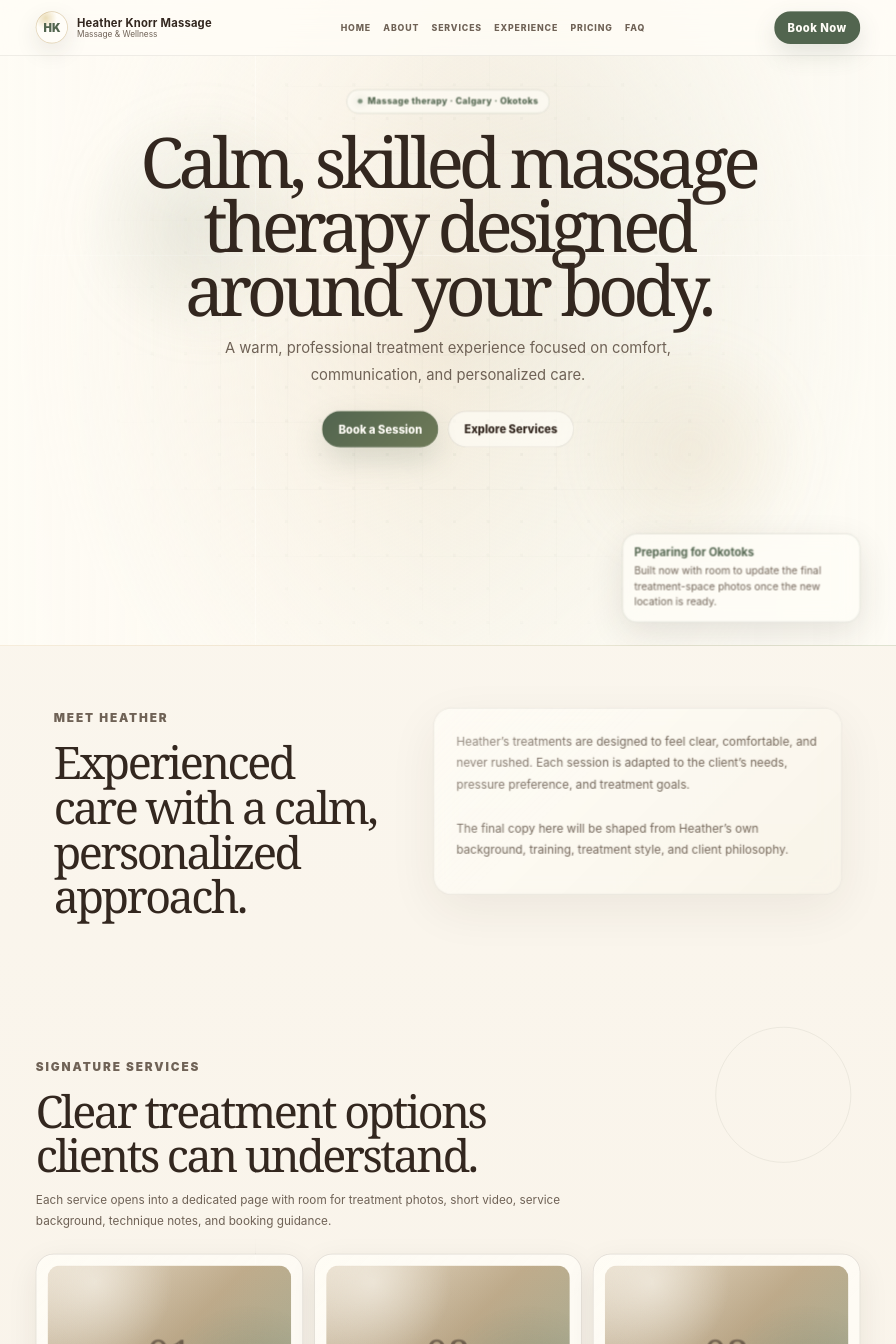
Repository: 300LBHACK3R/mckenzie-house-massage-site
Page: /
The author's editor kept a copy of each file at every save. The page is drawn from the files as they stood at one save, then again after the next save.
The browser window is 1280 px wide. The pictures show the part of the page from y = 0 to 1920 px (the page is 8800 px tall), at 70% of full size.
The project was rebuilt for these pictures with package versions that can differ from the ones it lists, and the page was loaded fresh each time. The framework's server and built-in components were replaced by stand-ins that run in the browser. Also part of the build but not shown: next.config.ts.

Above is the page before, as saved 2026-07-16 10:49:06.

### src/app/layout.tsx
import type { Metadata } from "next";
import "./globals.css";
import { siteConfig } from "@/lib/site";

export const metadata: Metadata = {
  title: `${siteConfig.businessName} | Massage Therapy in Okotoks`,
  description: siteConfig.description,
  metadataBase: new URL(siteConfig.domain),
  openGraph: {
    title: `${siteConfig.businessName} | Massage Therapy in Okotoks`,
    description: siteConfig.description,
    type: "website",
    locale: "en_CA",
  },
};

export default function RootLayout({
  children,
}: Readonly<{
  children: React.ReactNode;
}>) {
  return (
    <html lang="en-CA">
      <body>{children}</body>
    </html>
  );
}

### src/lib/site.ts
export const siteConfig = {
  businessName: "Heather Knorr Massage",
  legalName: "Heather Knorr",
  currentName: "McKenzie House Massage",
  description:
    "Calming, personalized massage therapy with clear communication, professional care, and convenient online booking.",
  location: "Calgary / Okotoks, Alberta",
  phone: "",
  email: "",
  bookingUrl: "#",
  domain: "https://example.com",
  heroVideo: "",
  social: {
    facebook: "",
    instagram: "",
  },
};

export const developerCredit = {
  name: "L&L Tech Solutions",
  label: "Designed, developed & maintained by",
  url: "",
};

export const navItems = [
  { label: "Home", href: "/#home" },
  { label: "About", href: "/#about" },
  { label: "Services", href: "/#services" },
  { label: "Experience", href: "/#experience" },
  { label: "Pricing", href: "/#pricing" },
  { label: "FAQ", href: "/#faq" },
];

export const serviceTags = [
  "Therapeutic massage",
  "Relaxation",
  "Scalp & neck focus",
  "Deep tissue",
  "Direct billing",
  "Online booking",
];

export const services = [
  {
    slug: "therapeutic-massage",
    name: "Therapeutic Massage",
    eyebrow: "Focused care for tension, stiffness, and deeper treatment goals",
    description:
      "Focused massage care for clients who want to address tension, stiffness, and areas that need deeper attention.",
    bestFor: ["Tension", "Stiffness", "Deep pressure", "Focused treatment"],
    pressure: "Medium to firm, adjusted to comfort",
    mediaLabel: "Therapeutic massage media",
    image: "",
    video: "",
    longDescription:
      "Therapeutic massage is designed for clients who want a more focused session. The treatment can be shaped around areas that feel tight, restricted, overworked, or in need of deeper attention.",
    originStory:
      "The final wording here should come from Heather. This section can explain how her therapeutic style has developed through experience, client communication, and hands-on work with different treatment goals.",
    heatherApproach:
      "Heather’s approach can be written around clear communication, pressure control, body awareness, and adapting the session to what the client needs that day.",
    sessionFlow: [
      "Brief check-in about pressure, focus areas, and comfort.",
      "Focused work through areas of tension while keeping the session calm and professional.",
      "Pressure is adjusted throughout the treatment based on client feedback.",
      "Helpful aftercare guidance can be added once Heather confirms her preferred recommendations.",
    ],
    clientFit:
      "A strong option for clients who want deeper work, focused attention, or a session shaped around specific tension patterns.",
  },
  {
    slug: "relaxation-massage",
    name: "Relaxation Massage",
    eyebrow: "A calming full-body reset for rest, stress relief, and ease",
    description:
      "A calming full-body treatment designed to help the nervous system settle while supporting rest and restoration.",
    bestFor: ["Stress", "Relaxation", "Gentle pressure", "Full-body reset"],
    pressure: "Light to medium, slow and calming",
    mediaLabel: "Relaxation massage media",
    image: "",
    video: "",
    longDescription:
      "Relaxation massage is built around slowing down, softening tension, and creating a calm treatment experience. It can support clients who want a gentler session without needing deep or intense pressure.",
    originStory:
      "The final wording here should come from Heather. This section can describe how she creates a relaxing treatment rhythm, how she adjusts the session, and what she wants clients to feel during and after care.",
    heatherApproach:
      "Heather’s relaxation style can be positioned around warmth, flow, steady pressure, respectful communication, and creating a treatment that feels restorative instead of rushed.",
    sessionFlow: [
      "Calm intake and pressure check before the session begins.",
      "Slow, steady massage flow designed to help the body settle.",
      "Pressure remains comfortable and can be adjusted at any time.",
      "Clients can stay quiet, talk, or simply relax depending on what feels best.",
    ],
    clientFit:
      "A good fit for clients looking for stress relief, lighter pressure, nervous-system calm, or a full-body reset.",
  },
  {
    slug: "scalp-neck-shoulder-focus",
    name: "Scalp, Neck & Shoulder Focus",
    eyebrow: "Focused upper-body care for clients who carry tension high",
    description:
      "A focused treatment option for clients who carry tension through the upper body, jaw, neck, and shoulders.",
    bestFor: ["Neck tension", "Headaches", "Shoulder tightness", "Stress"],
    pressure: "Customized pressure with focused upper-body care",
    mediaLabel: "Scalp neck and shoulder media",
    image: "",
    video: "",
    longDescription:
      "This focused session is designed for clients who feel tension through the scalp, jaw, neck, shoulders, and upper back. It gives extra attention to areas that often hold stress and daily strain.",
    originStory:
      "The final wording here should come from Heather. This section can explain why she offers focused upper-body work, what clients tend to ask for, and how the treatment is shaped around comfort.",
    heatherApproach:
      "Heather’s approach can highlight slow, careful focus through the upper body, communication around sensitivity, and adapting pressure in areas that can feel tender or overworked.",
    sessionFlow: [
      "Check-in about upper-body tension, pressure comfort, and sensitive areas.",
      "Focused work through the scalp, neck, shoulders, jaw area, and upper back as appropriate.",
      "Pressure is customized because these areas can be sensitive.",
      "The session can be paired with relaxation or therapeutic work depending on Heather’s final service menu.",
    ],
    clientFit:
      "A strong option for clients who carry stress in the neck and shoulders, experience upper-body tightness, or want a more focused appointment.",
  },
];

export const whatToExpect = [
  {
    title: "Before your appointment",
    text: "Clients will be able to review services, pricing, and booking details clearly before choosing a treatment.",
  },
  {
    title: "During the treatment",
    text: "Sessions are shaped around comfort, communication, pressure preference, and the client's treatment goals.",
  },
  {
    title: "Pressure and communication",
    text: "Pressure can be adjusted throughout the session so the treatment feels effective without feeling overwhelming.",
  },
  {
    title: "Comfort, draping, and privacy",
    text: "The treatment experience should feel professional, respectful, and comfortable from start to finish.",
  },
  {
    title: "Aftercare",
    text: "Helpful aftercare notes and service guidance can be included so clients know what to expect after their session.",
  },
];

export const experiencePillars = [
  {
    title: "Personalized pressure",
    text: "Each session is adjusted to the client’s comfort level, treatment goals, and preferred pressure.",
  },
  {
    title: "Clear service guidance",
    text: "Each treatment will be explained in plain language so clients know what to book and what to expect.",
  },
  {
    title: "Professional presentation",
    text: "Photography and video will show the treatment experience, the space, and Heather’s approach clearly.",
  },
];

export const pricingPreview = [
  { duration: "60 minutes", price: "Price to confirm" },
  { duration: "90 minutes", price: "Price to confirm" },
  { duration: "120 minutes", price: "Price to confirm" },
];

export const clientReflections = [
  {
    quote:
      "Real client feedback can be highlighted here once Heather approves which reviews should be featured.",
    label: "Review highlight",
  },
  {
    quote:
      "This section will help carry over the strength of word-of-mouth referrals into the website experience.",
    label: "Client trust",
  },
  {
    quote:
      "Approved Google review excerpts can be added here later without fabricating or over-polishing the client voice.",
    label: "Google reviews",
  },
];

export const faqs = [
  {
    question: "What if I am not sure which treatment to book?",
    answer:
      "The website will help explain each service clearly. Heather can also guide clients toward the treatment that best fits their comfort level and goals.",
  },
  {
    question: "Can pressure be adjusted during the session?",
    answer:
      "Yes. The treatment should be adjusted to the client’s comfort, preference, and goals throughout the appointment.",
  },
  {
    question: "Do I need to talk during the treatment?",
    answer:
      "Clients can communicate as much or as little as they prefer. The goal is to create a comfortable, calm, and respectful experience.",
  },
  {
    question: "How do I book?",
    answer:
      "Online booking will connect directly through Heather’s existing ClinicSense booking system.",
  },
  {
    question: "Where is the practice located?",
    answer:
      "Current and future location wording will be finalized with Heather. The website will be updated as the Okotoks move comes together.",
  },
];

export type Service = (typeof services)[number];

export function getServiceBySlug(slug: string) {
  return services.find((service) => service.slug === slug);
}

### src/components/Footer.tsx
import { BrandLogo } from "@/components/BrandLogo";
import { developerCredit, navItems, services, siteConfig } from "@/lib/site";

const currentYear = new Date().getFullYear();

export function Footer() {
  return (
    <footer className="footer premium-footer">
      <div className="footer-orb footer-orb-one" aria-hidden="true" />
      <div className="footer-orb footer-orb-two" aria-hidden="true" />
      <div className="footer-texture" aria-hidden="true" />

      <div className="footer-shell">
        <div className="footer-cta-panel">
          <div className="footer-cta-copy">
            <p className="footer-kicker">Massage Therapy • Calgary • Okotoks</p>
            <h2>Ready when the new space comes together.</h2>
            <p>
              A soft, professional web presence built to support current clients,
              the upcoming Okotoks location, and a smooth online booking experience.
            </p>
          </div>

          <a className="footer-primary-action" href={siteConfig.bookingUrl}>
            Book a Session
          </a>
        </div>

        <div className="footer-main">
          <div className="footer-brand-block">
            <BrandLogo showTagline={false} />

            <p className="footer-brand-description">
              Personalized massage therapy with clear communication,
              professional care, and convenient online booking.
            </p>

            <div className="footer-status">
              <span />
              Preparing for the Okotoks launch
            </div>
          </div>

          <div className="footer-column">
            <strong>Explore</strong>
            <nav aria-label="Footer navigation">
              {navItems.map((item) => (
                <a key={item.href} href={item.href}>
                  {item.label}
                </a>
              ))}
            </nav>
          </div>

          <div className="footer-column">
            <strong>Services</strong>
            <nav aria-label="Footer services">
              {services.map((service) => (
                <a key={service.slug} href={`/services/${service.slug}`}>
                  {service.name}
                </a>
              ))}
            </nav>
          </div>

          <div className="footer-column footer-contact">
            <strong>Booking</strong>
            <p>{siteConfig.location}</p>
            <p>Online booking through ClinicSense</p>

            <a className="footer-booking-link" href={siteConfig.bookingUrl}>
              Open Booking
            </a>
          </div>
        </div>

        <div className="footer-bottom">
          <p>
            © {currentYear} McKenzie House Massage. All rights reserved.
          </p>

          <p className="developer-signature">
            Designed, developed & maintained by{" "}
            {developerCredit.url ? (
              <a
                href={developerCredit.url}
                target="_blank"
                rel="noreferrer"
                aria-label={developerCredit.name}
              >
                {developerCredit.name}
              </a>
            ) : (
              <span>{developerCredit.name}</span>
            )}
          </p>
        </div>
      </div>
    </footer>
  );
}

### src/components/Header.tsx
import { navItems, siteConfig } from "@/lib/site";

export function Header() {
  return (
    <header className="site-header">
      <a className="brand" href="#home" aria-label="Go to homepage">
        <span className="brand-mark">HK</span>
        <span className="brand-text">
          <strong>{siteConfig.businessName}</strong>
          <small>Massage & Wellness</small>
        </span>
      </a>

      <nav className="nav" aria-label="Main navigation">
        {navItems.map((item) => (
          <a key={item.href} href={item.href}>
            {item.label}
          </a>
        ))}
      </nav>

      <a className="nav-cta" href={siteConfig.bookingUrl}>
        Book Now
      </a>
    </header>
  );
}

### src/components/MotionProvider.tsx
"use client";

import { useEffect } from "react";

export function MotionProvider() {
  useEffect(() => {
    const revealTargets = Array.from(
      document.querySelectorAll<HTMLElement>(".scroll-reveal"),
    );

    if (revealTargets.length === 0) return;

    const prefersReducedMotion = window.matchMedia(
      "(prefers-reduced-motion: reduce)",
    ).matches;

    if (prefersReducedMotion || !("IntersectionObserver" in window)) {
      revealTargets.forEach((target) => target.classList.add("is-visible"));
      return;
    }

    const observer = new IntersectionObserver(
      (entries) => {
        entries.forEach((entry) => {
          if (!entry.isIntersecting) return;

          entry.target.classList.add("is-visible");
          observer.unobserve(entry.target);
        });
      },
      {
        threshold: 0.12,
        rootMargin: "0px 0px -72px 0px",
      },
    );

    revealTargets.forEach((target) => observer.observe(target));

    return () => observer.disconnect();
  }, []);

  return null;
}

### src/components/BrandLogo.tsx
type BrandLogoProps = {
  href?: string;
  className?: string;
  showTagline?: boolean;
};

export function BrandLogo({
  href = "/#home",
  className = "",
  showTagline = true,
}: BrandLogoProps) {
  const content = (
    <span className={`brand-logo ${className}`.trim()}>
      <span className="brand-logo__text">
        <span className="brand-logo__eyebrow">Massage Therapy • Calgary / Okotoks</span>
        <span className="brand-logo__name">McKenzie House Massage</span>
        {showTagline ? (
          <span className="brand-logo__tagline">
            Calm, personalized care with clear communication and convenient online booking.
          </span>
        ) : null}
      </span>
    </span>
  );

  return (
    <a href={href} className="brand-logo-link" aria-label="Go to homepage">
      {content}
    </a>
  );
}

Loaded but not shown: src/app/globals.css (2321 lines, source omitted); src/app/page.tsx (341 lines, source omitted)

After the next save:
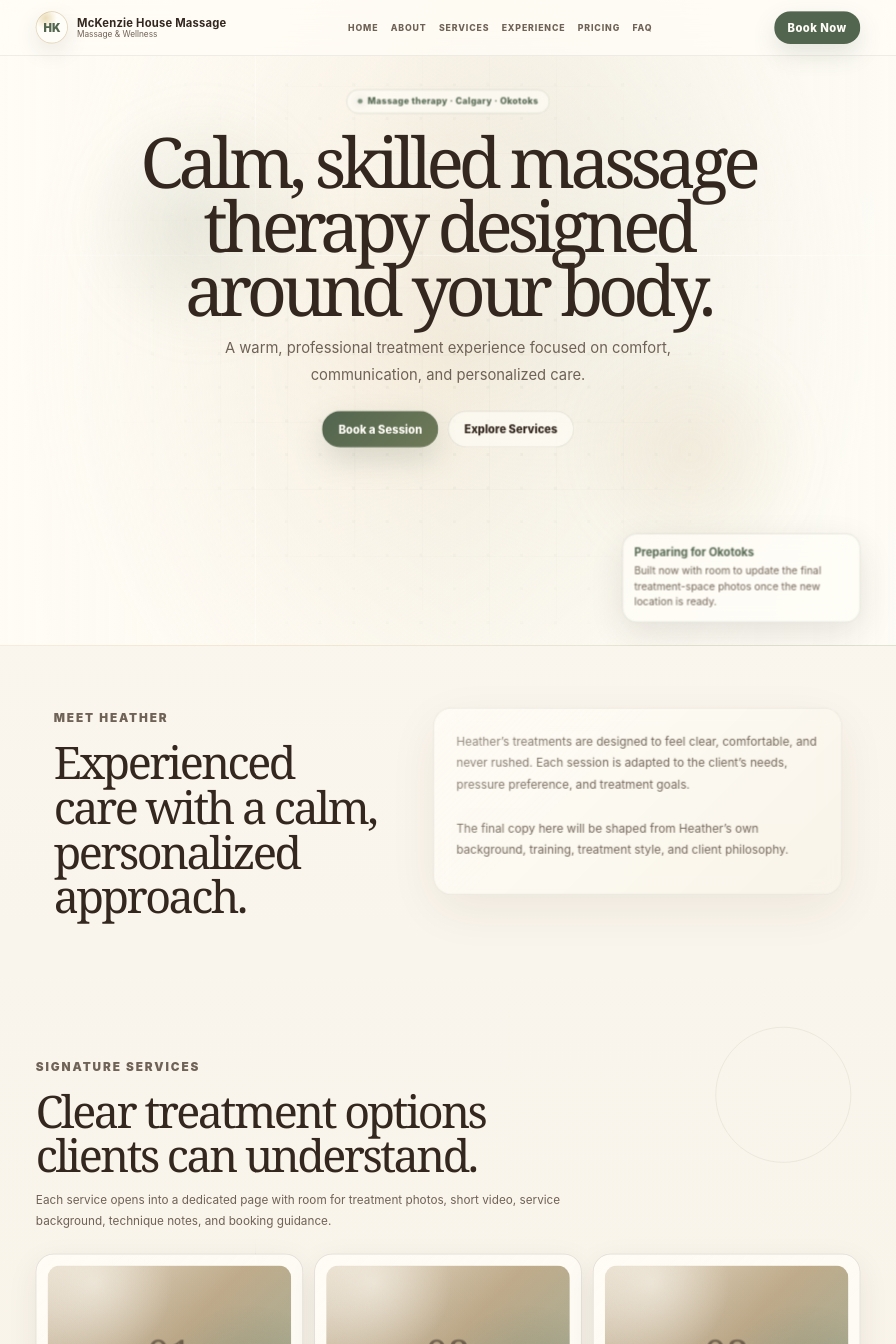
Saved 41 s later.
--- a/src/lib/site.ts
+++ b/src/lib/site.ts
@@ -1,5 +1,5 @@
 export const siteConfig = {
-  businessName: "Heather Knorr Massage",
+  businessName: "McKenzie House Massage",
   legalName: "Heather Knorr",
   currentName: "McKenzie House Massage",
   description:
